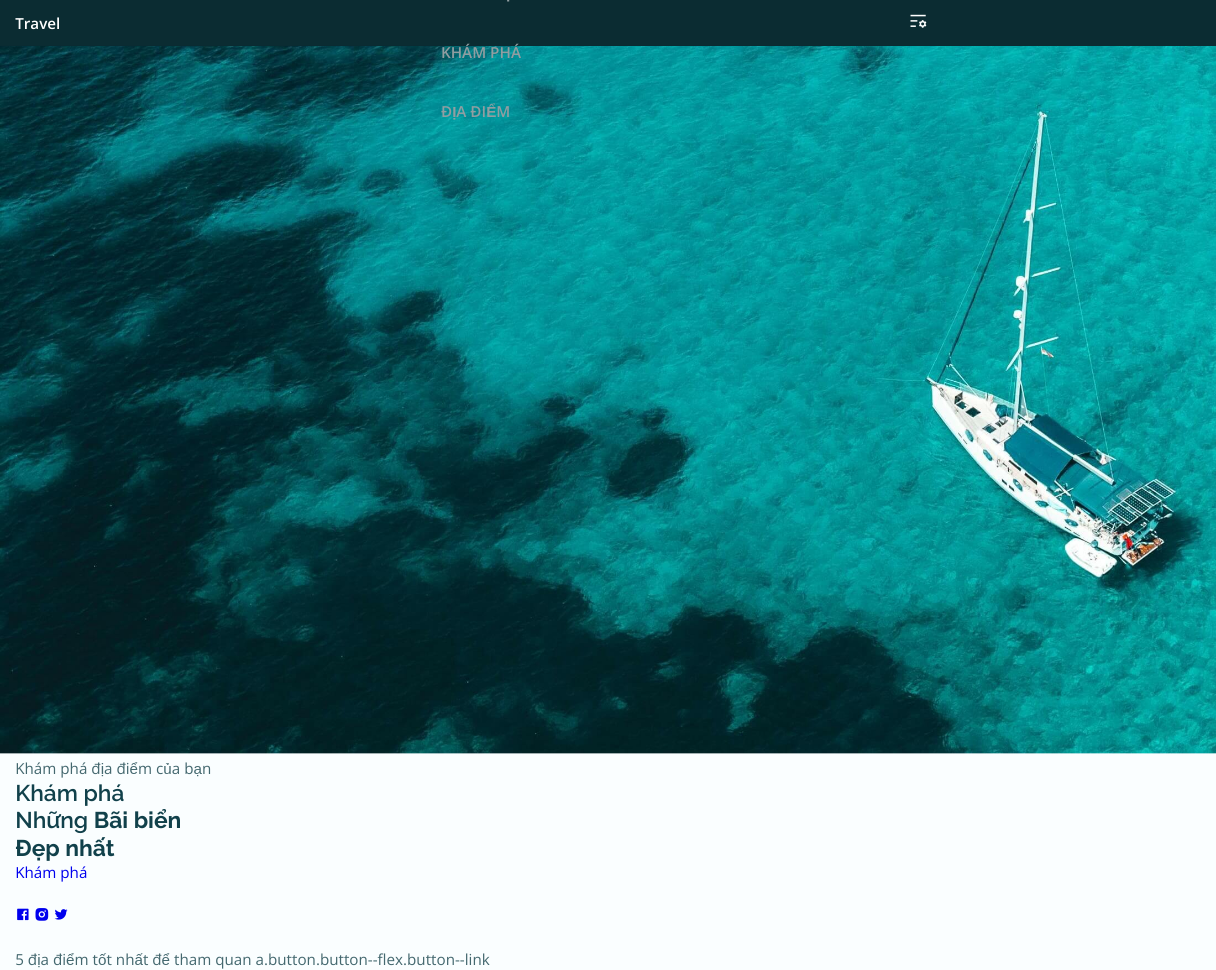
Repository: haokiet2501/travel-demo
Page: index.html
The author's editor kept a copy of each file at every save. The page is drawn from the files as they stood at one save, then again after a run of saves.
The browser window is 1280 px wide. The pictures show the whole page, at 95% of full size.

Above is the page before, as saved 2021-09-21 10:51:48.

After the next 5 saves:
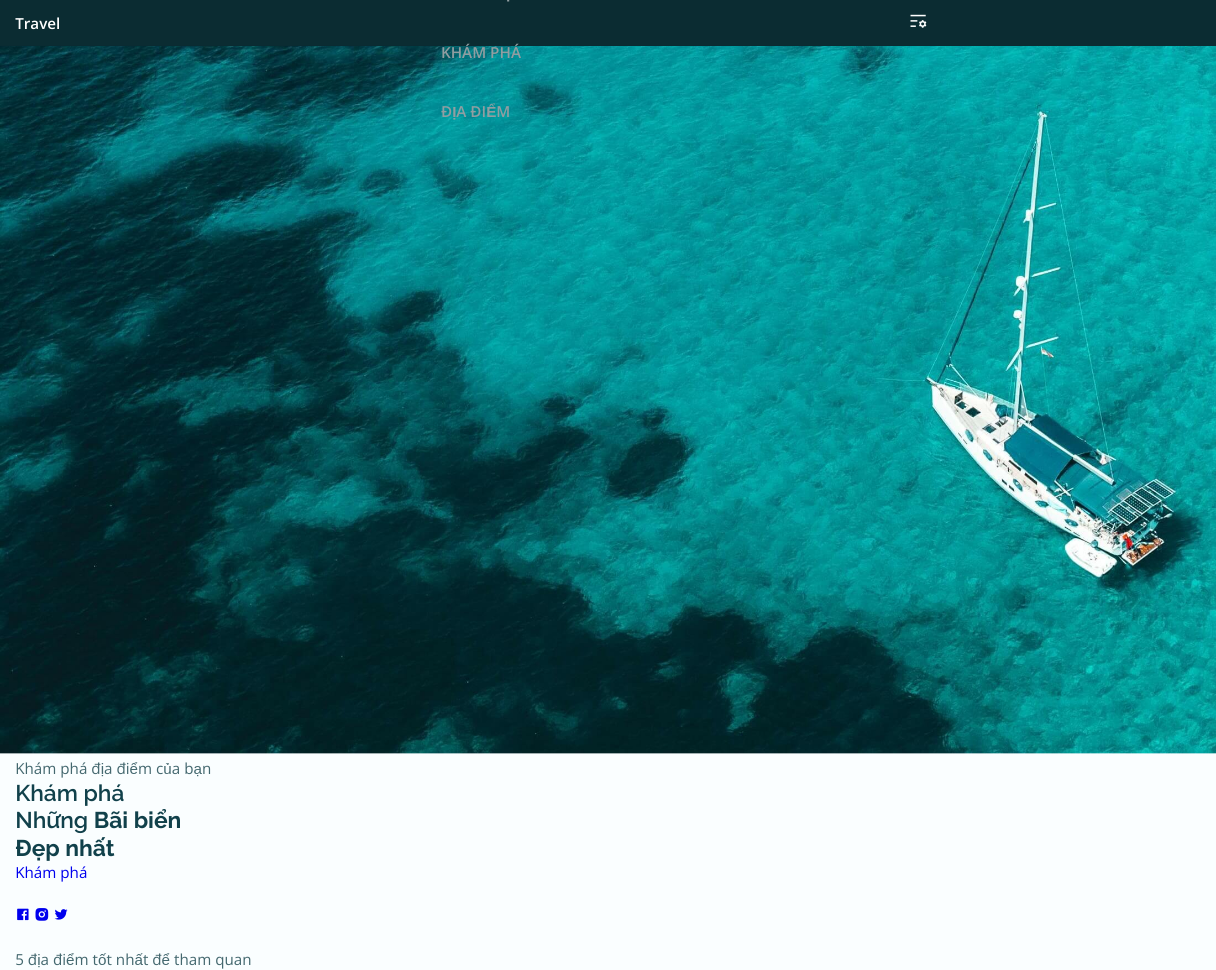
The 5 saves are shown as one change because they came seconds apart.
The last was saved 15 s later.
--- a/index.html
+++ b/index.html
@@ -70,7 +70,7 @@
                 <div class="home__info">
                     <div>
                         <span class="home__info-title">5 địa điểm tốt nhất để tham quan</span>
-                        a.button.button--flex.button--link
+                        <a href="" class="button button--flex button--link home__info-button"></a>
                     </div>
                 </div>
             </div>
